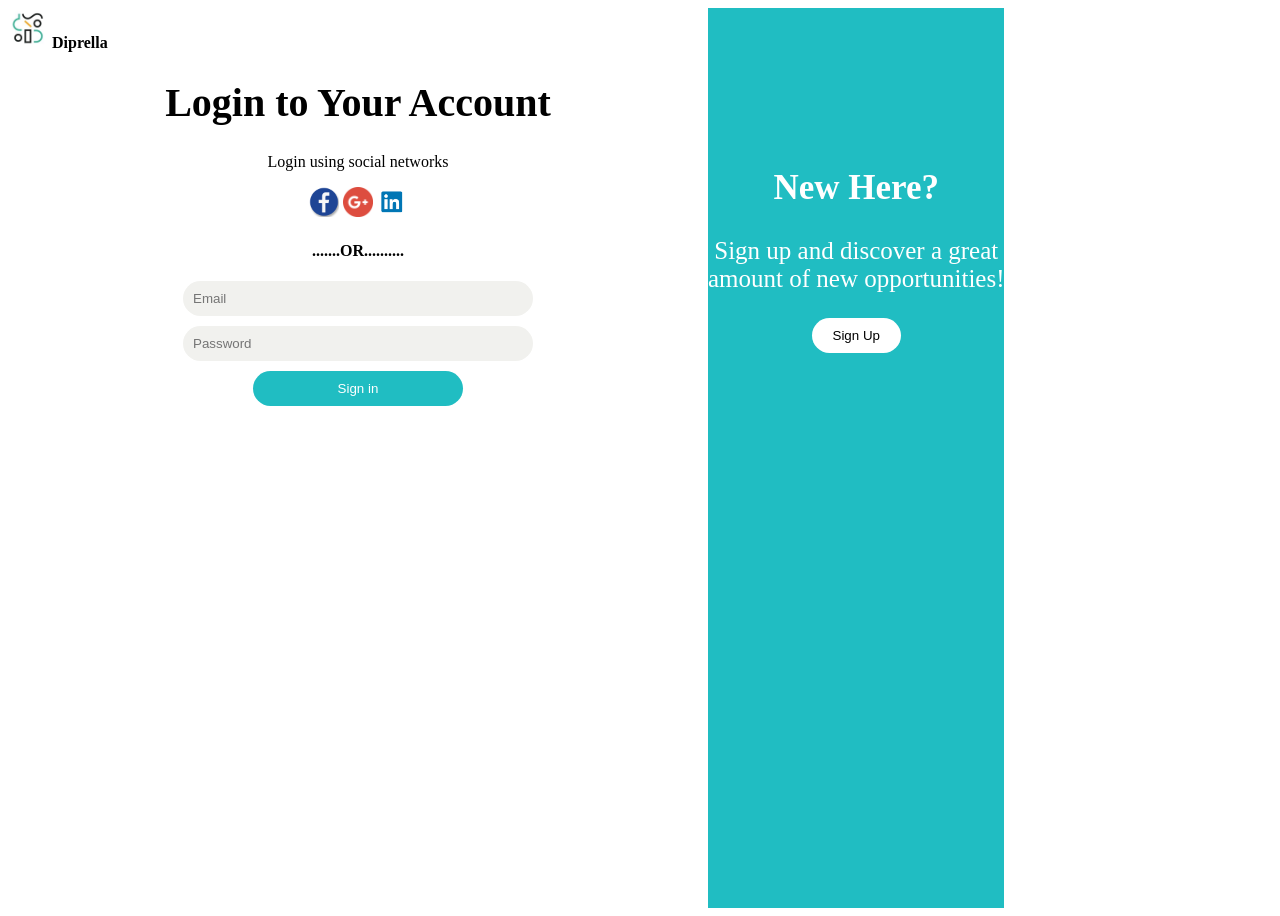
Repository: Tobby004/bdc-assignment-3
Page: task.html
The author's editor kept a copy of each file at every save. The page is drawn from the files as they stood at one save, then again after the next save.
The browser window is 1280 px wide. The pictures show the whole page.

Above is the page before, as saved 2023-02-22 03:46:55.

After the next save:
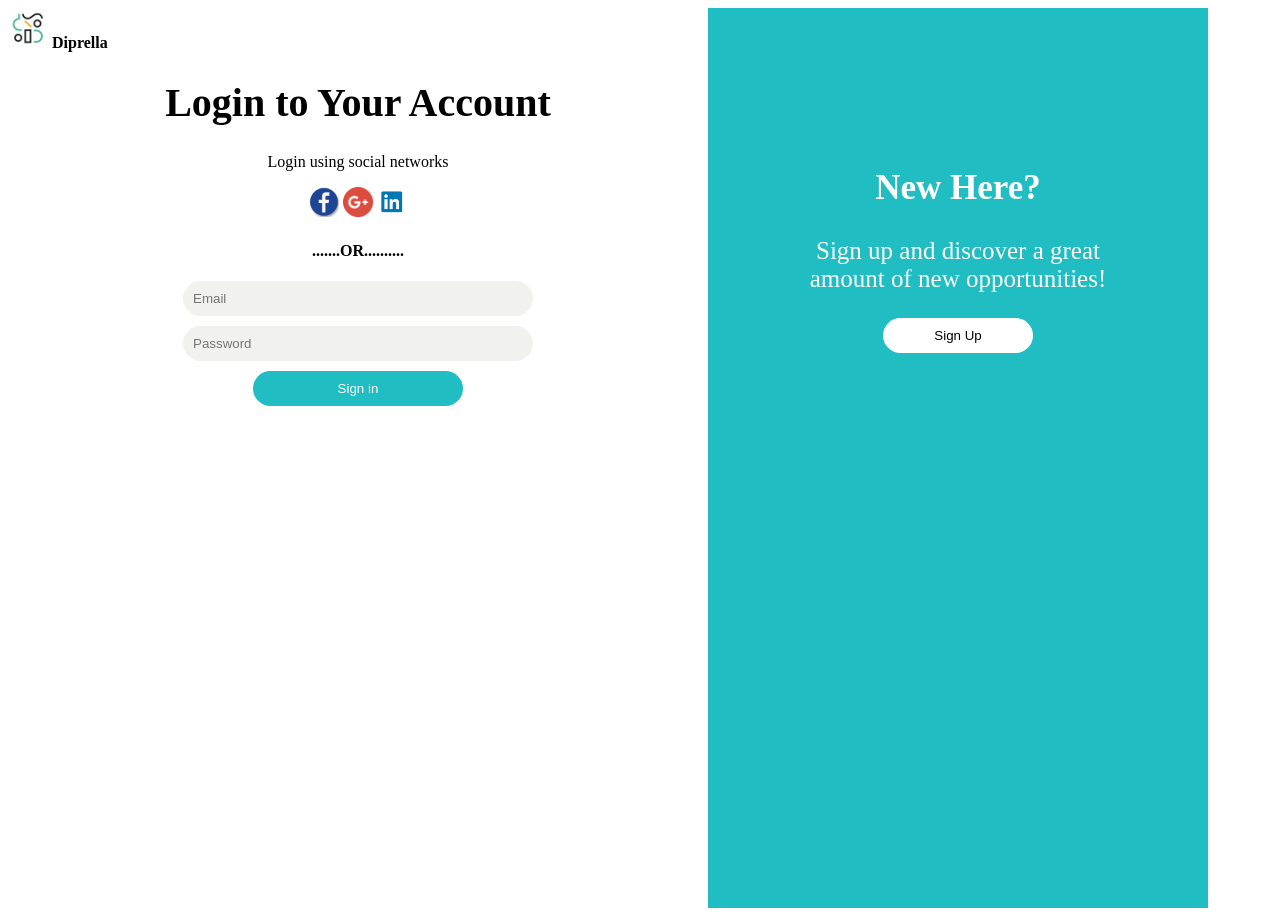
Saved 26 s later.
--- a/task.css
+++ b/task.css
@@ -12,9 +12,9 @@
 }
 .box2{
     background-color: #20bdc2;
-    width: 100%;
+    width: 200%;
     height: 900px;
-    max-width: 400px;
+    max-width: 500px;
 }
 h1 {
     text-align: center;
